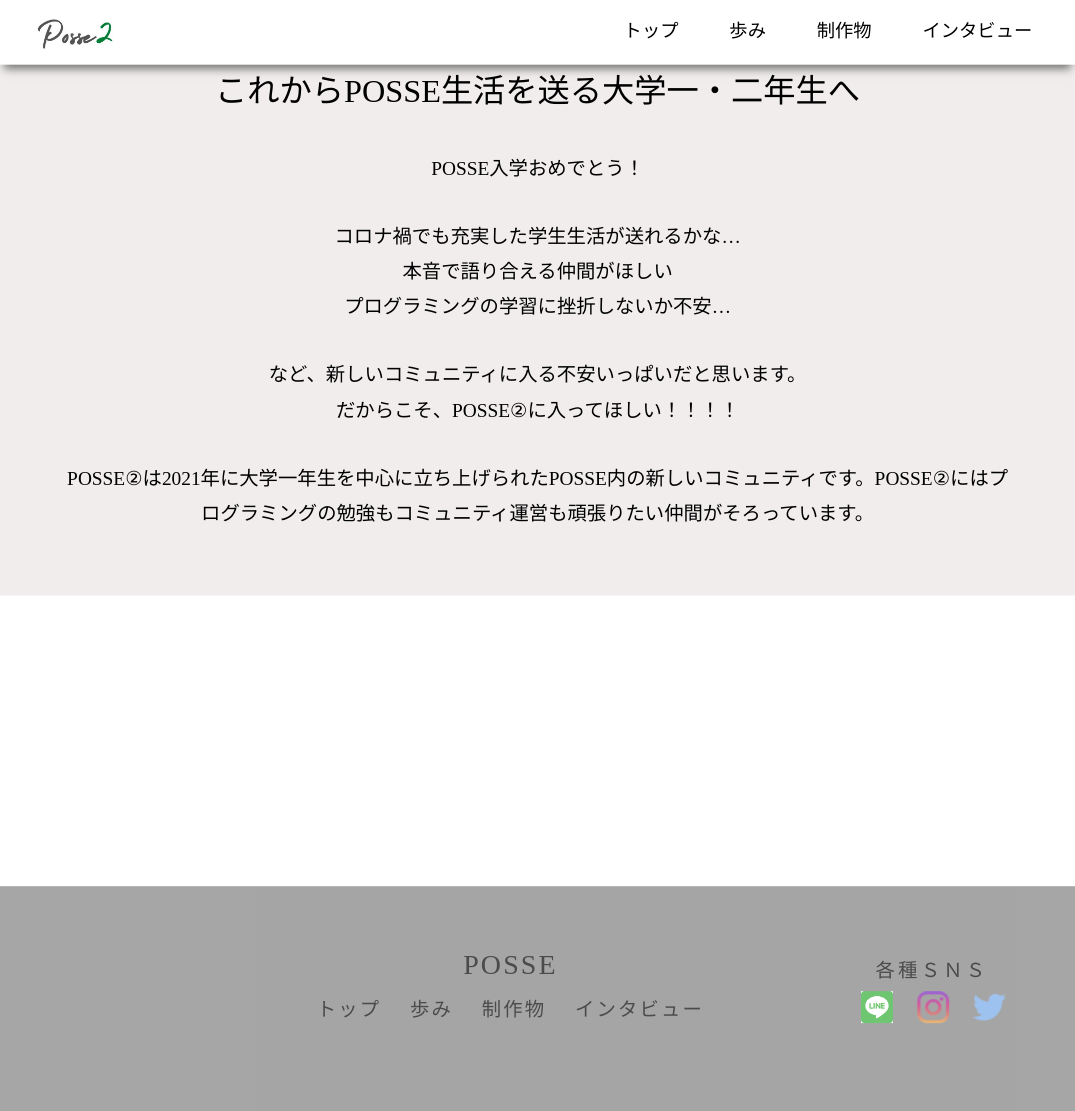
Repository: posse-ap/posse2-hackathon-202202-team2A
Page: topPage/index.html
An editor plug-in stored every save of this project. The page is shown before and after a run of saves, followed by the edit.
The browser window is 1280 px wide. The pictures show the whole page, at 84% of full size.

Above is the page before, as saved 2022-02-15 03:12:27.

### topPage/index.html
<!DOCTYPE html>
<html lang="en">

<head>
    <meta charset="UTF-8" />
    <meta http-equiv="X-UA-Compatible" content="IE=edge" />
    <meta name="viewport" content="width=device-width, initial-scale=1.0" />
    <title>Document</title>
    <link rel="stylesheet" href="/reset.css" />
    <link rel="stylesheet" href="/topPage/style.css" />
</head>

<body>
    <!-- <header id="header" class="header">
        <div class="header_content">
            <div class="header_title">
                <img src="/topPage images/S__31211608.jpg" alt="" class="header_title_img">
            </div>
            <div class="header_links">
                <ul>
                    <li><a href="">トップページ</a></li>
                    <li><a href="">活動記録</a></li>
                    <li><a href="">日常の記録</a></li>
                    <li><a href="">保護者の方へ</a></li>
                </ul>
            </div>
        </div>
    </header> -->

    <header id="header" class="header">
        <div class="header_content">
            <div class="header_title">
                <img src="/topPage images/S__31211608.jpg" alt="" class="header_title_img">
            </div>
            <!-- ①サイトタイトル -->
            <div class="nav-wrapper header_links">
                <!-- ②ナビゲーションメニュー -->
                <nav class="header-nav">
                    <ul class="nav-list">
                        <li class="nav-item">
                            <a href="">トップ</a>
                        </li>
                        <li class="nav-item">
                            <a href="">歩み</a>
                        </li>
                        <li class="nav-item">
                            <a href="">制作物</a>
                        </li>
                        <li class="nav-item">
                            <a href="">インタビュー</a>
                        </li>
                    </ul>
                </nav>
            </div>
            <button class="burger-btn">
                <!-- ③ハンバーガーボタン -->
                <span class="bar bar_top"></span>
                <span class="bar bar_mid"></span>
                <span class="bar bar_bottom"></span>
            </button>
        </div>
    </header>

    <section class="section">
        <div>
            <h2>これからPOSSE生活を送る大学一・二年生へ</h2>
        <p>POSSE入学おめでとう！</p>
        <p>コロナ禍でも充実した学生生活が送れるかな…<br>
            本音で語り合える仲間がほしい<br>
            プログラミングの学習に挫折しないか不安…<br>
            </p>
        <p>など、新しいコミュニティに入る不安いっぱいだと思います。<br>
            だからこそ、POSSE②に入ってほしい！！！！
            </p>
        <p>POSSE②は2021年に大学一年生を中心に立ち上げられたPOSSE内の新しいコミュニティです。POSSE②にはプログラミングの勉強もコミュニティ運営も頑張りたい仲間がそろっています。
        </p>
        </div>
    </section>



    <footer class="footer">
        <div class='footer_box'>
            <div class="footer_box1">
                <div class='footer_official_box'>
                    <label for="logo"><p>POSSE</p></label>
                    <!-- <a id='logo'  href="https://posse.anti-pattern.co.jp/"><img class='posse_logo_footer' src="img\posseLogo.png" alt="ポッセロゴ"></a> -->
                </div>
                <div class='footer_other_box'>
                    <div class='footer_page_in_site'>
                        <a href="">トップ</a>
                        <a href="">歩み</a>
                        <a href="">制作物</a>
                        <a href="">インタビュー</a>
                    </div>
                </div>
            </div>
            <div class='SNS'>
                <p>各種ＳＮＳ</p>
                <div class='SNS_box'>
                    <a href=""><img src="/topPage images/LINE.png" alt=""></a>
                    <a href="https://instagram.com/posse_programming?utm_medium=copy_link"><img src="/topPage images/instagram2.png" alt="instagram"></a>
                    <a href="https://twitter.com/posse_program?s=20"><img src="/topPage images/twitter2.png" alt="twitter"></a>
                </div>
            </div>
        </div>
    </footer>

    <script src="https://ajax.googleapis.com/ajax/libs/jquery/3.6.0/jquery.min.js"></script>
    <script src="/topPage/script.js"></script>
</body>

</html>

### topPage/style.css
html {
    font-size: 1vw;
}

body {
    text-align: center;
    margin: 0 auto;
    font-family: "ヒラギノ丸ゴ Pro W4", "ヒラギノ丸ゴ Pro", "Hiragino Maru Gothic Pro", "ヒラギノ角ゴ Pro W3", "Hiragino Kaku Gothic Pro", "HG丸ｺﾞｼｯｸM-PRO", "HGMaruGothicMPRO";
}

.header_content {
    width: 95%;
    height: 90%;
    display: flex;
    justify-content: space-between;
    opacity: 1;
    margin: 0 6rem 0.3rem 1rem;
}

.header_title {
    display: flex;
}

.header_title_img {
    display: block;
    width: 12rem;
    height: 4rem;
    opacity: 1;
}



.header_links {
    width: 40%;
    padding: 1rem 0 0 0;
}

.header_links ul {
    display: flex;
    justify-content: space-between;
}

.header_links li a {
    display: block;
    color: black;
    text-decoration: none;
    font-size: 1.7rem;
}

.header_links li a:hover {
    opacity: 0.4;
    transform: translate(0, -5px);
}


.header {
    width: 100%;
    height: 6rem;
    background: white;
    position: fixed;
    top: 0;
    left: 0;
    padding-top: 1.1rem;
    box-sizing: border-box;
    z-index: 5;
    box-shadow: 0px 10px 10px -5px rgba(0, 0, 0, 0.5);
}

.SNS_box{
    width: 150%;
}


/* -------------------- */
/* header
  /* -------------------- */
/* .header {
    align-items: center;
    background-color: #1b1310;
    border-bottom: 1px solid #fff;
    color: #fff;
    display: flex;
    height: 74px;
    justify-content: space-between;
    padding: 0 120px;
} */

/* .nav-list {

    display: flex;
} */

/* .nav-item {

    margin-right: 55px;
} */

.burger-btn {
    display: none;
}

/* ------------------ */
/* fv
  /* ------------------ */
.fv {
    align-items: center;
    background-color: #141414;
    background-image: url(../img/fv-bgi@2x.jpg);
    background-position: center;
    background-size: cover;
    display: flex;
    flex-direction: column;
    height: 90vh;
    justify-content: center;
}

/* .main-copy {
    border: 2px solid #fff;
    color: #fff;
    font-size: 50px;
    font-weight: bold;
    padding: 34px 42px;
} */

/* ------------------ */
/* about
  /* ------------------ */
.section-title {
    font-size: 36px;
    font-weight: bold;
    letter-spacing: .05em;
    margin-bottom: 70px;
    text-align: center;
}

h3 {
    font-size: 2.4rem;
    font-weight: bold;
    letter-spacing: .1em;
    line-height: 2;
    margin-bottom: 40px;
}

.section-wrapper {
    padding: 100px 10% 50px;
}

@media screen and (min-width:541px) and (max-width:1024px) {
    .header{
        height: 10rem;
    }

    .header_content{
        padding-top: 2rem;
    }

    .header_title_img{
        width: 100%;
        height: 70%;
    }

    .header_links li a{
        font-size: 2.7rem;
        margin-top: 0;
    }

    .header_links{
        width: 50%;
    }
}

@media screen and (max-width:540px) {

    /* ----------------------- */
    /* base_sp
    /* ----------------------- */
    /* デフォルトのbuttonスタイルをリセット */
    button {
        -webkit-appearance: none;
        -moz-appearance: none;
        appearance: none;
        background: transparent;
        border: 0;
        border-radius: 0;
        color: inherit;
        cursor: pointer;
        font: inherit;
        margin: 0;
        outline: none;
        padding: 0;
        vertical-align: middle;
    }

    /* ------------------ */
    /* humberger-menu */
    /* ------------------ */
    .header {
        padding: 0;
        height: 15rem;
    }

    .header_title_img{
        margin-top: 2rem;
        width: 30rem;
        height: 10rem;
    }

    /* 以下、ハンバーガーボタン */
    .burger-btn {
        display: block;
        height: 22%;
        position: relative;
        width: 20%;
        z-index: 3;
        /* codepenの挙動のため */
        background-color: transparent;
        border: none;
        margin-top: 6rem;
    }



    .bar {
        background-color: black;
        display: block;
        height: 0.1rem;
        left: 50%;
        position: absolute;
        transform: translateX(-50%);
        width: 7rem;
    }

    .bar_top {
        top: 3rem;
    }

    .bar_mid {
        top: 50%;
        transform: translate(-50%, -50%);
    }

    .bar_bottom {
        bottom: 3rem;
    }

    .burger-btn.close{
        margin-top: 8.4rem;
    }

    .burger-btn.close .bar_top {
        transform: translate(-50%,-4.3rem) rotate(45deg);
        transition: transform .3s;
    }

    .burger-btn.close .bar_mid {
        opacity: 0;
        transition: opacity .3s;
    }

    .burger-btn.close .bar_bottom {
        transform: translate(-50%, -1rem) rotate(-45deg);
        transition: transform .3s;
    }

    /* スクロール制御 */
    .noscroll {
        overflow: hidden;
    }

    /* 以下、ハンバーガーメニュー */
    .nav-wrapper {
        visibility: hidden;
        height: 100vh;
        left: 0;
        position: fixed;
        top: 0;
        width: 100vw;
        opacity: 0;
        transition: opacity .5s;
        z-index: 2;
        /*キービジュアルと.btn_triggerとの重なりの前後関係を調整*/
    }

    .header-nav {
        background-color: white;
        height: 100%;
        width: 100%;
        z-index: 2;
    }

    .header_links ul{
        display: block;
    }

    .nav-list {
        display: block;
        left: 50%;
        position: absolute;
        text-align: center;
        top: 50%;
        transform: translate(-50%, -50%);
    }

    .nav-item {
        margin-bottom: 40px;
        margin-right: 0;
    }

    .header_links li a{
        font-size: 5rem;
    }

    /* メニューオープン時 */
    .nav-wrapper.fade {
        opacity: 1;
        visibility: visible;
    }

    /* ------------------ */
    /* fv */
    /* ------------------ */
    .main-copy {
        font-size: 30px;
    }

    /* ------------------ */
    /* about */
    /* ------------------ */
    h3 {
        font-size: 20px;
        margin-bottom: 30px;
    }

    .section-wrapper {
        padding: 100px 5% 50px;
    }
}

/* ふったー */
.footer {
    background-color: grey;
    opacity: 0.7;
}

.footer_box {
    width: 65%;
    height: 15rem;
    display: flex;
    justify-content: space-around;
    padding: 6rem 0 0 0;
    position: relative;
    right: -23%;
    margin-top: 27rem;
}

.footer_official_box label p {
    color: black;
    font-size: 2.6rem;
    letter-spacing: 0.2rem;
}

.footer_official_box label p:hover {
    opacity: 0.4;
    transform: translate(0, -5px);
}

.footer_page_in_site a {
    color: black;
    text-decoration: none;
    font-size: 1.8rem;
    letter-spacing: 0.2rem;
}

.footer_page_in_site a:hover {
    opacity: 0.4;
    transform: translate(0, -5px);
}

.SNS {
    width: 14%;
}

.SNS_box a {
    margin: 1rem;
}

.SNS_box a img {
    width: 3rem;
    height: 3rem;
}

.SNS_box a :hover {
    opacity: 0.4;
    transform: translate(0, -5px);
}

.SNS p {
    color: black;
    font-size: 1.8rem;
    margin: 1rem 0;
    margin-left: 6rem;
    letter-spacing: 0.3rem;
    white-space: nowrap;
}

/* .SNS p:hover {
    opacity: 0.4;
    transform: translate(0, -5px);
} */

.posse_logo_footer {
    width: 80%;
    height: 40%;
}

.footer_other_box {
    font-size: 1.5rem;
    letter-spacing: 0.3rem;
    margin: 2rem;
}

.footer_page_in_site a {
    margin: 0 1rem;
}

.SNS_box{width: 250%;}

@media screen and (min-width:541px) and (max-width:1024px) {
    .footer{
        height: 30rem;
    }

    .footer_official_box label p{
        font-size: 7rem;
    }

    .SNS p{
        display: block;
        margin-left: 0;
        margin: 3rem auto;
        font-size: 3rem;
        white-space: nowrap;
    }

    .footer_page_in_site a{
        font-size: 3rem;
    }

    .footer_box{
        width: 75%;
        display: block;
        right: -13%;
    }

    .SNS{
        margin: 0 auto;
        width: 100%;
    }

    .SNS_box{
        width: 100%;
    }


    .footer_official_box label p{
        font-size: 4rem;
    }

    .SNS_box a img {
        width: 5rem;
        height: 5rem;
    }
}


@media screen and (max-width:540px) {
    .footer_box {
        display: block;
        height: 20rem;
        margin:  20rem 0;
        right: -5%;
        width: 90%;
    }

    .footer_official_box label p{
        font-size: 10rem;
    }

    .footer_page_in_site a{
        font-size: 5rem;
        display: block;
    }

    .footer_page_in_site{
        display: block;
        line-height: 7rem;
    }

    .footer{
        height: 70rem;
    }

    .SNS{
        margin: 0 auto;
        width: 100%;
    }

    .SNS p{
        margin-left: 0;
        display: block;
        width: 50rem;
        margin: 3rem auto;
        font-size: 7rem;
        white-space: nowrap
    }

    .SNS_box{
        width: 100%;
    }

    .SNS_box a img {
        width: 7rem;
        height: 7rem;
    }
}

.section div {
    background-color: rgb(241, 237, 237);
    padding: 3rem;
}

.section div h2 {
    font-size: 3rem;
    margin: 4rem;
}

.section div p {
    font-size: 1.8rem;
    margin: 3rem;
    line-height: 3.3rem;
}

.section2 {
    padding: 7rem 0;
}

.highlight {
    background: linear-gradient(transparent 50%, #f6ff5f 80%);
}

### topPage/script.js
$('.burger-btn').on('click', function () {//.btn_triggerをクリックすると
    $('.burger-btn').toggleClass('close');//.btn_triggerにcloseクラスを付与(ボタンのアニメーション)
    $('.nav-wrapper').toggleClass('fade');//.nav-wrapperに
    $('body').toggleClass('noscroll');//bodyにnoscrollクラスを付与(スクロールを固定)
});

Loaded but not shown: reset.css (common file)

After the next 2 saves:
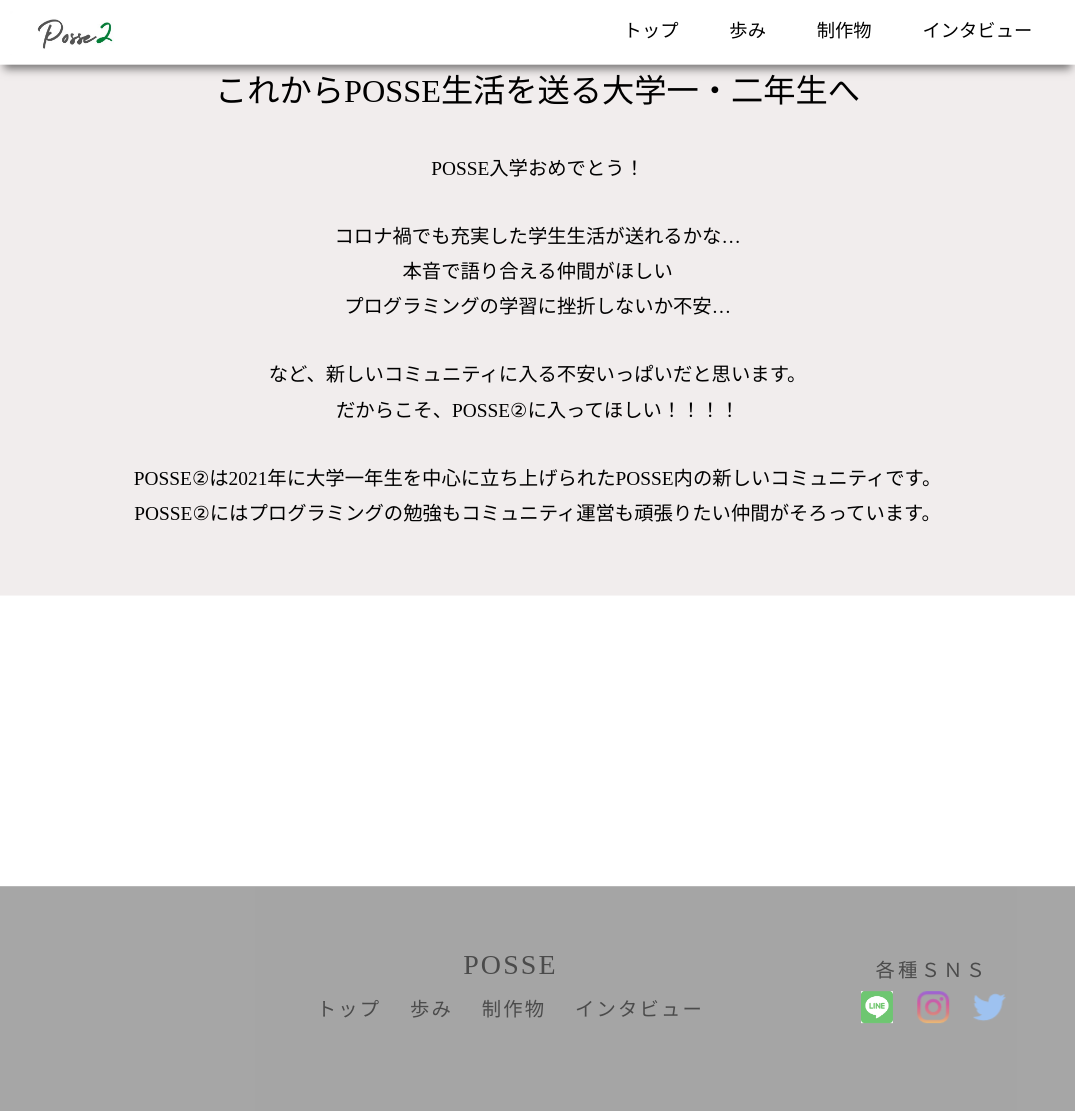
The 2 saves are shown as one change because they came seconds apart.
The last was saved 7 s later.
--- a/topPage/index.html
+++ b/topPage/index.html
@@ -72,7 +72,8 @@
         <p>など、新しいコミュニティに入る不安いっぱいだと思います。<br>
             だからこそ、POSSE②に入ってほしい！！！！
             </p>
-        <p>POSSE②は2021年に大学一年生を中心に立ち上げられたPOSSE内の新しいコミュニティです。POSSE②にはプログラミングの勉強もコミュニティ運営も頑張りたい仲間がそろっています。
+        <p>POSSE②は2021年に大学一年生を中心に立ち上げられたPOSSE内の新しいコミュニティです。<br>
+            POSSE②にはプログラミングの勉強もコミュニティ運営も頑張りたい仲間がそろっています。
         </p>
         </div>
     </section>
